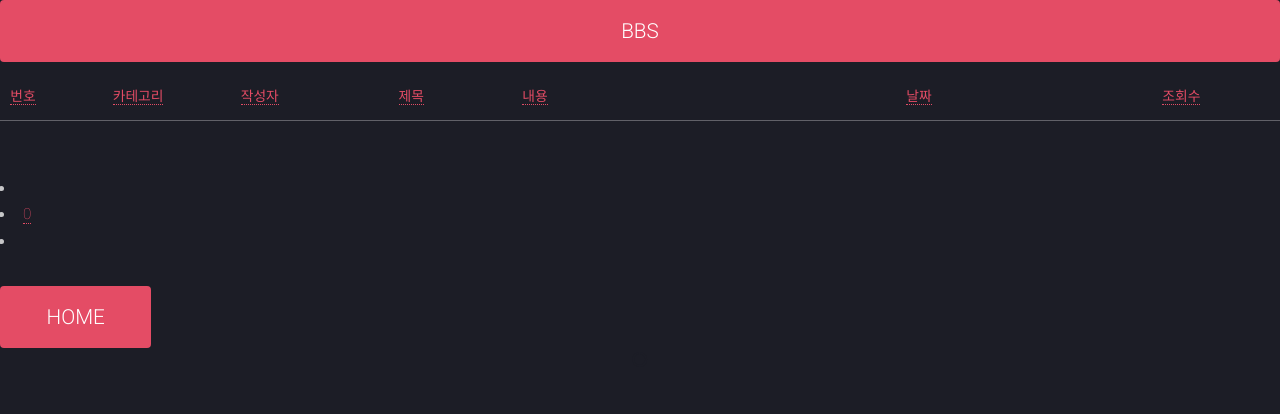
Repository: worMholEamkim/SpringEX
Page: http://localhost/bbs/bbs.do?page=0
These files come from the project's save history. The page is drawn as it stood at one moment and after the next save; the edit follows.
The browser window is 1280 px wide. The pictures show the whole page.
The page is served by Tomcat 9. Queries for data that is not in the repository find no rows.

Above is the page before, as saved 2019-03-15 04:05:45.

After the next save:
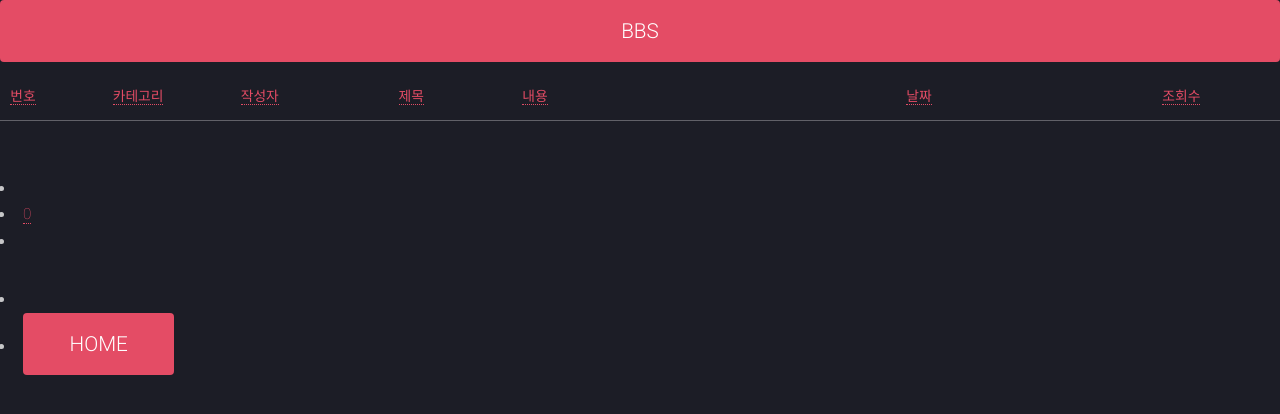
Saved 96 s later.
--- a/JSP_WepPage_Server-master.zip_expanded/JSP_WepPage_Server-master/bbs/WebContent/WEB-INF/bbs.jsp
+++ b/JSP_WepPage_Server-master.zip_expanded/JSP_WepPage_Server-master/bbs/WebContent/WEB-INF/bbs.jsp
@@ -86,12 +86,18 @@
 										</li>
 									</ul>
 								</div>
+								<ul class="action">
+								<li>
 								<c:if test='${sessionID!=null}'>
 									<div>
-											<a href='bbsupload2.do' class="button primary large">WRITE</a>
+										<a href='bbsupload2.do' class="button primary large">WRITE</a>
 									</div>
 								</c:if>
-										<a href='home.do'  class="button primary large">HOME</a>
+								</li>
+								<li>
+									<a href='home.do'  class="button primary large">HOME</a>
+									</li>
+									</ul>
 								<div align="center">
 
 									<c:if test='${resultBbs >= 1}'>
